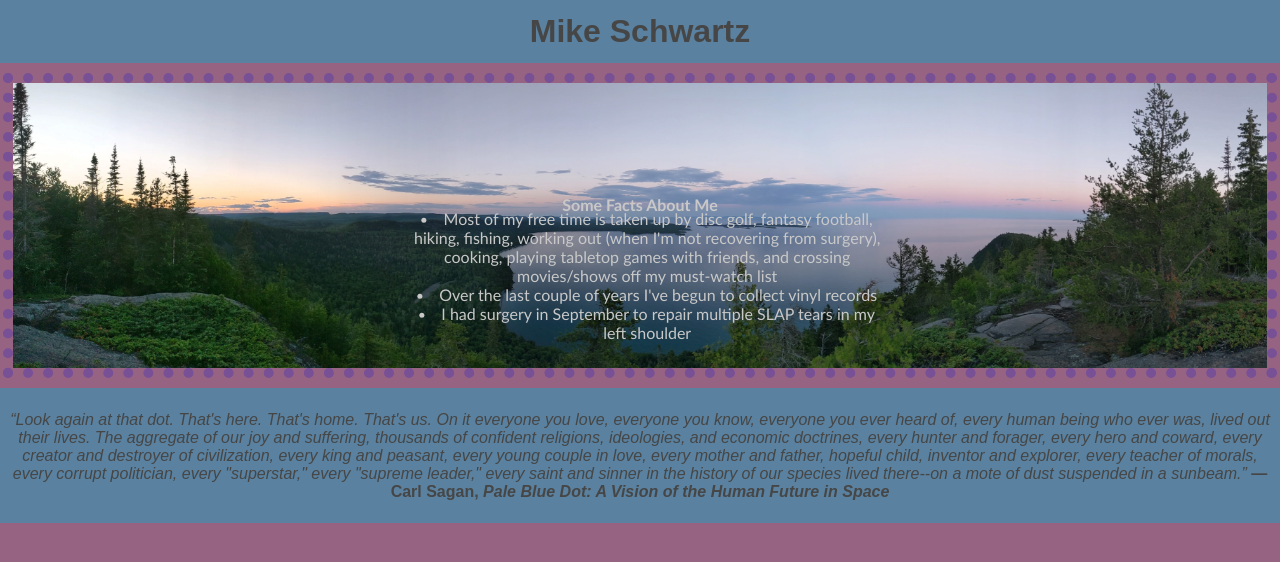
Repository: Ellusionism/prime-pw-week-1-assignment
Page: assignment/index.html
An editor plug-in stored every save of this project. The page is shown before and after a run of saves, followed by the edit.
The browser window is 1280 px wide. The pictures show the whole page.

Above is the page before, as saved 2022-10-26 17:51:57.

### assignment/index.html
<!DOCTYPE html>
<html>
<head>
    <meta charset="utf-8" />
    <meta http-equiv="X-UA-Compatible" content="IE=edge">
    <!-- Change the <title> from "Page Title" to "Hello World" -->
    <title>Hello World</title>
    <meta name="viewport" content="width=device-width, initial-scale=1">

    <link rel="stylesheet" type="text/css" media="screen" href="style.css" />
</head>
<body>
    <!-- Create a header element  -->

    <!-- Inside the header, add an <h1> element containing your name -->

    <header>
        <h1 class="name">Mike Schwartz</h1>
    </header>

    <!-- Include an image -->

    <!-- Create an unordered list with 3 list items of fun facts about you -->

    <div class="container">
        <img src="images/mtjosephine.jpg" alt="Mount Josephine summit view" class="img">
        <h4 class="facts">Some Facts About Me</h4>
        <ul class="facts-list">
            <li>Most of my free time is taken up by disc golf, fantasy football, hiking, fishing, working out (when I'm not recovering from surgery), cooking, playing tabletop games with friends, and crossing movies/shows off my must-watch list</li>
            <li>Over the last couple of years I've begun to collect vinyl records</li>
            <li>I had surgery in September to repair multiple SLAP tears in my left shoulder</li>
        </ul>
    </div>

    <!-- Create a footer element -->
    <footer class="fav-quote">
        <p>“Look again at that dot. That's here. That's home. That's us. On it everyone you love, everyone you know, everyone you ever heard of, every human being who ever was, lived out their lives. The aggregate of our joy and suffering, thousands of confident religions, ideologies, and economic doctrines, every hunter and forager, every hero and coward, every creator and destroyer of civilization, every king and peasant, every young couple in love, every mother and father, hopeful child, inventor and explorer, every teacher of morals, every corrupt politician, every "superstar," every "supreme leader," every saint and sinner in the history of our species lived there--on a mote of dust suspended in a sunbeam.”
            <span class="cite">― Carl Sagan,</span><span class="cite-book"> Pale Blue Dot: A Vision of the Human Future in Space</span></p>
    </footer>
    <!-- Inside your footer, put a <p> element with your favorite quote -->
</body>
</html>

### assignment/style.css
/* Give your page a fun background color */
body {
 background-color: rgb(150, 100, 130);
 margin: 0;
 font-family: Arial, Helvetica, sans-serif;
}
/* Make the header and footer a different color from the background */
header {
 background-color: rgb(90, 130, 160);
 margin: 0 0 10px;
 padding: 1%;
}
/* Align the h1 containing your name in the center of the header*/
.name {
 color:rgb(70, 70, 70);
 text-align: center;
 margin: 0;
}
/* Make your p tag a different color and italic */
.fav-quote {
 background-color:rgb(90,130,160);
 margin: 10px 0 0;
 padding: 0.5%;
 color: rgb(70, 70, 70);
 font-style: italic;
 text-align: center;
}

.cite {
 font-style: normal;
 font-weight: bold;
}

.cite-book {
 font-weight: bold;
}
/* Put a border around your image */
.img {
 border: 10px dotted  rgb(120, 80, 150);
 padding: 0;
 display: block;
 margin: auto;
 max-height: 100%;
 max-width: 98%;
}
/* Change the font-family of your list */
.facts {
 color: rgb(200, 200, 200);
 font-family:'Gill Sans', 'Gill Sans MT', Calibri, 'Trebuchet MS', sans-serif;
 position: absolute;
 top: 50%;
 left: 50%;
 transform: translate(-50%, -275%);
}

.facts-list {
 color: rgb(200,200,200);
 font-family:'Gill Sans', 'Gill Sans MT', Calibri, 'Trebuchet MS', sans-serif;
 position: absolute;
 top: 50%;
 left: 50%;
 max-width: 37%;
 transform: translate(-52.5%, -25%);
 list-style-position: inside;
}

 .container {
  position: relative;
  text-align: center;
 }

Loaded but not shown: assignment/helloWorld.js (common file)

After the next 2 saves:
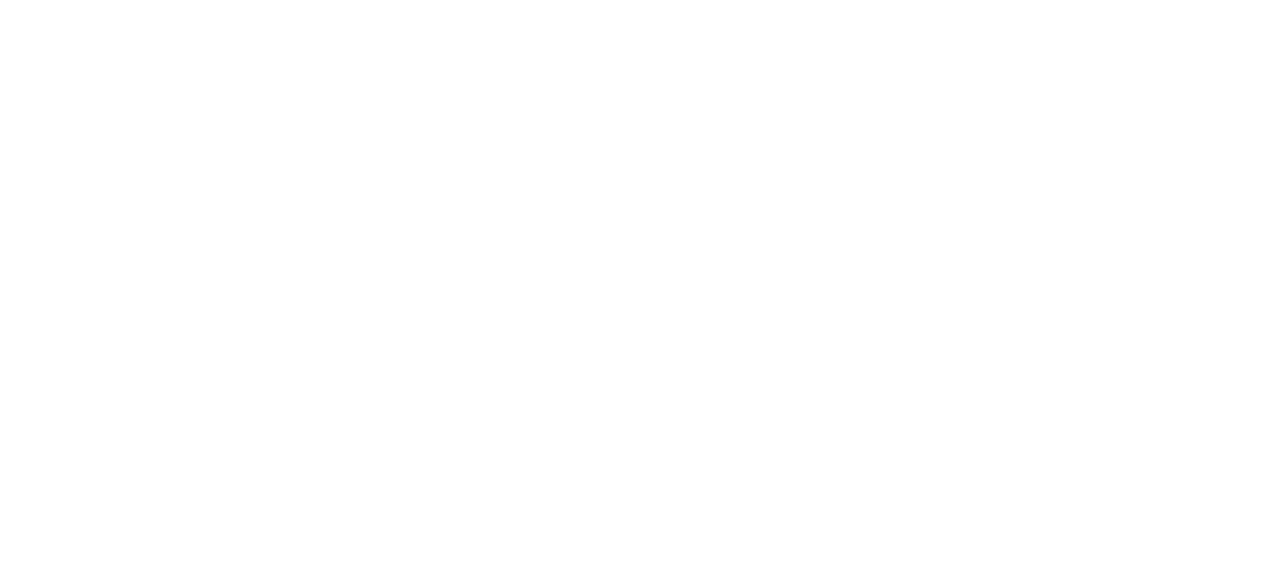
The 2 saves are shown as one change because they came seconds apart.
The last was saved 23 s later.
--- a/assignment/index.html
+++ b/assignment/index.html
@@ -6,6 +6,7 @@
     <!-- Change the <title> from "Page Title" to "Hello World" -->
     <title>Hello World</title>
     <meta name="viewport" content="width=device-width, initial-scale=1">
+    <script type="text/javascript
 
     <link rel="stylesheet" type="text/css" media="screen" href="style.css" />
 </head>

After the 6 saves that followed:
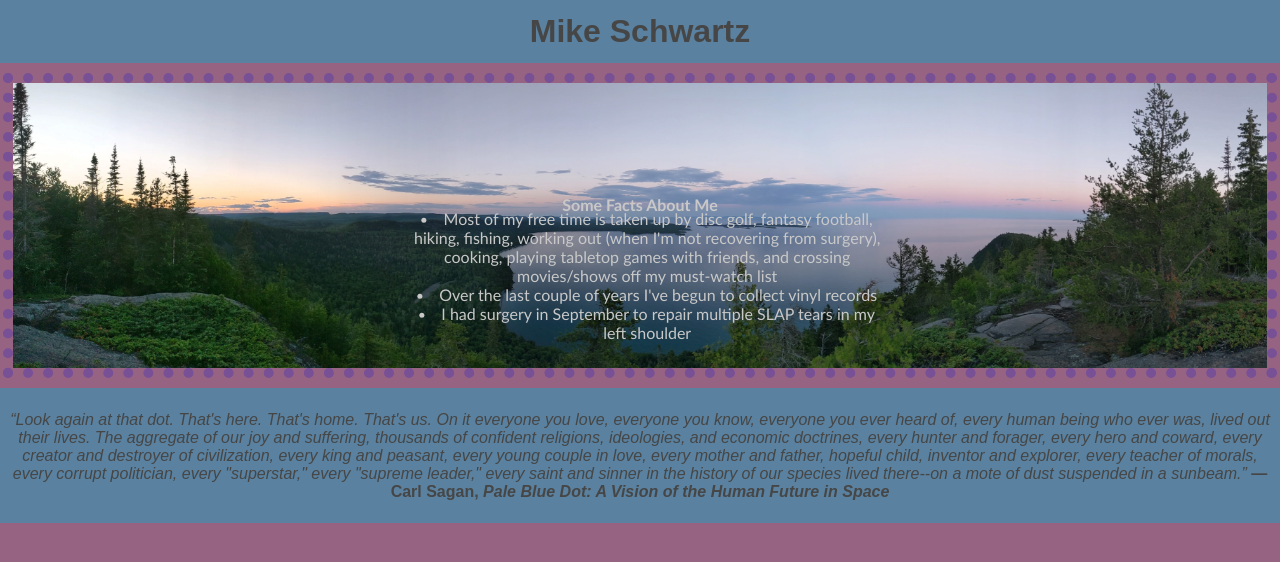
The 6 saves are shown as one change because 1 left the picture as it was and some came seconds apart.
The last was saved 23 s later.
--- a/assignment/index.html
+++ b/assignment/index.html
@@ -6,7 +6,7 @@
     <!-- Change the <title> from "Page Title" to "Hello World" -->
     <title>Hello World</title>
     <meta name="viewport" content="width=device-width, initial-scale=1">
-    <script type="text/javascript
+    <script type="text/javascript" src="helloWorld.js"></script>
 
     <link rel="stylesheet" type="text/css" media="screen" href="style.css" />
 </head>
